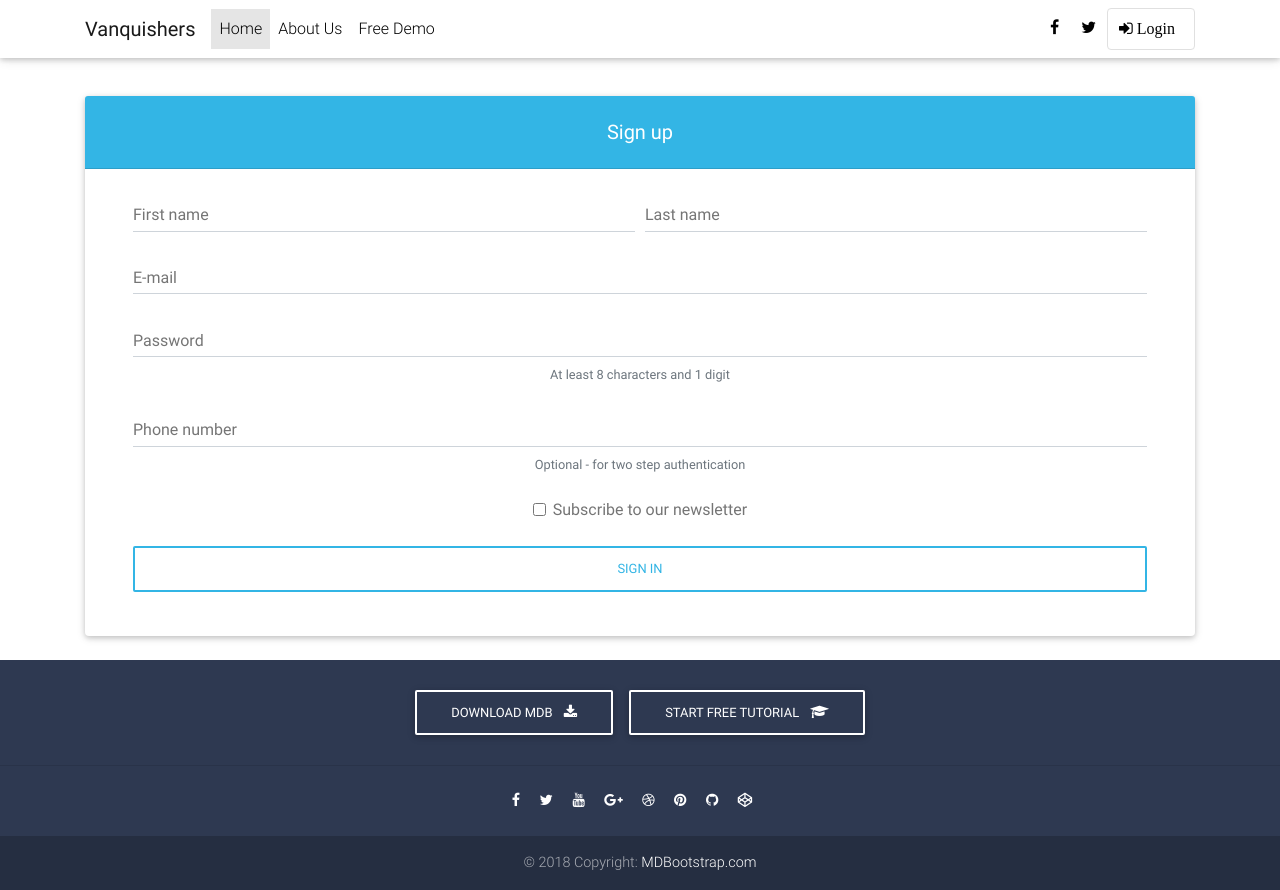
Repository: KJSCEhack/KJSCE_Vanquishers
Page: http://localhost/demo.php
An editor plug-in stored every save of this project. The page is shown before and after the next save, followed by the edit.
The browser window is 1280 px wide. The pictures show the whole page.
The page is run by PHP 8.4 with error messages shown; the project is at /var/www/html/.

Above is the page before, as saved 2018-10-06 08:34:03.

After the next save:
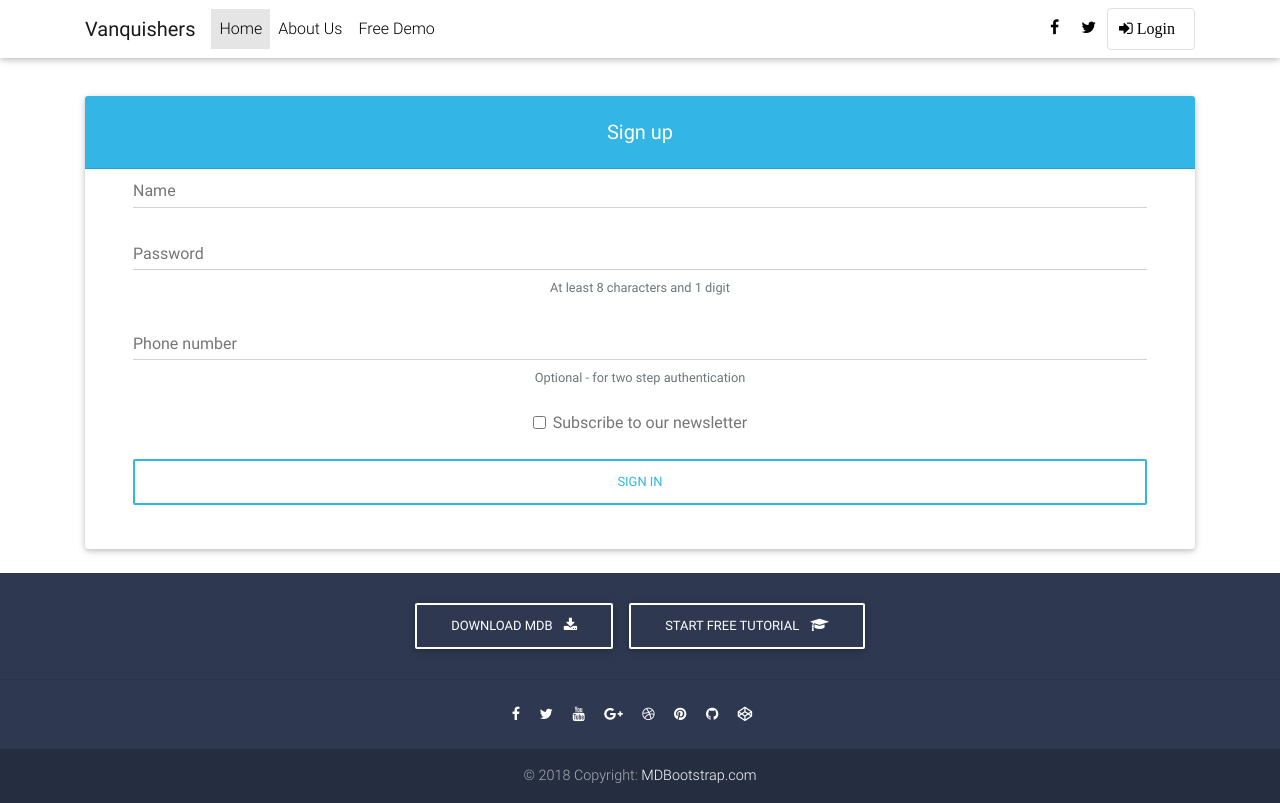
Saved 30 min 16 s later.
--- a/demo.php
+++ b/demo.php
@@ -115,27 +115,10 @@
                 <!-- Form -->
                 <form class="text-center" style="color: #757575;">
 
-                    <div class="form-row">
-                        <div class="col">
-                            <!-- First name -->
-                            <div class="md-form">
-                                <input type="text" id="materialRegisterFormFirstName" class="form-control">
-                                <label for="materialRegisterFormFirstName">First name</label>
-                            </div>
-                        </div>
-                        <div class="col">
-                            <!-- Last name -->
-                            <div class="md-form">
-                                <input type="email" id="materialRegisterFormLastName" class="form-control">
-                                <label for="materialRegisterFormLastName">Last name</label>
-                            </div>
-                        </div>
-                    </div>
-
                     <!-- E-mail -->
                     <div class="md-form mt-0">
-                        <input type="email" id="materialRegisterFormEmail" class="form-control">
-                        <label for="materialRegisterFormEmail">E-mail</label>
+                        <input type="email" id="materialRegisterFormName" class="form-control">
+                        <label for="materialRegisterFormName">Name</label>
                     </div>
 
                     <!-- Password -->

After the save that followed:
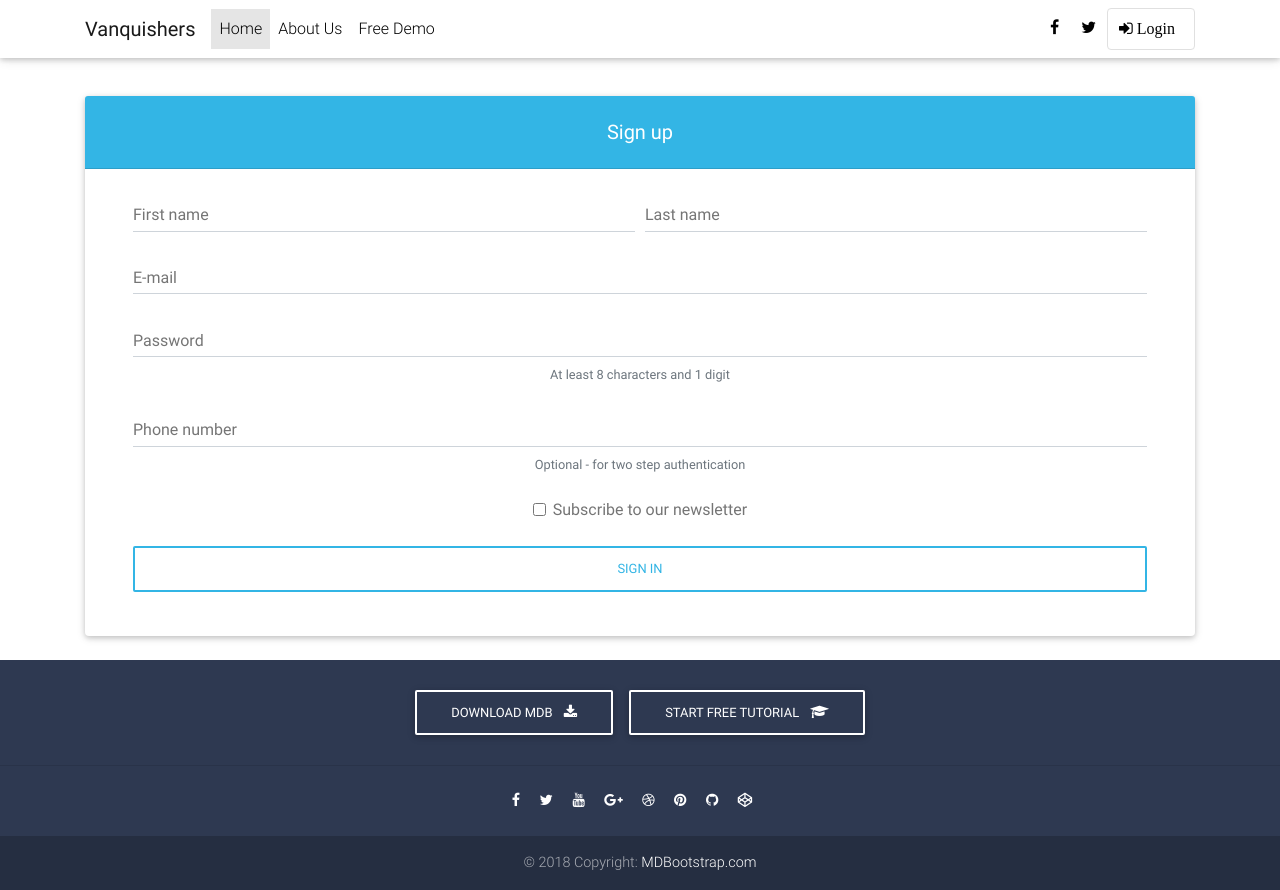
Saved 25 s later.
--- a/demo.php
+++ b/demo.php
@@ -115,10 +115,27 @@
                 <!-- Form -->
                 <form class="text-center" style="color: #757575;">
 
+                    <div class="form-row">
+                        <div class="col">
+                            <!-- First name -->
+                            <div class="md-form">
+                                <input type="text" id="materialRegisterFormFirstName" class="form-control">
+                                <label for="materialRegisterFormFirstName">First name</label>
+                            </div>
+                        </div>
+                        <div class="col">
+                            <!-- Last name -->
+                            <div class="md-form">
+                                <input type="email" id="materialRegisterFormLastName" class="form-control">
+                                <label for="materialRegisterFormLastName">Last name</label>
+                            </div>
+                        </div>
+                    </div>
+
                     <!-- E-mail -->
                     <div class="md-form mt-0">
-                        <input type="email" id="materialRegisterFormName" class="form-control">
-                        <label for="materialRegisterFormName">Name</label>
+                        <input type="email" id="materialRegisterFormEmail" class="form-control">
+                        <label for="materialRegisterFormEmail">E-mail</label>
                     </div>
 
                     <!-- Password -->
